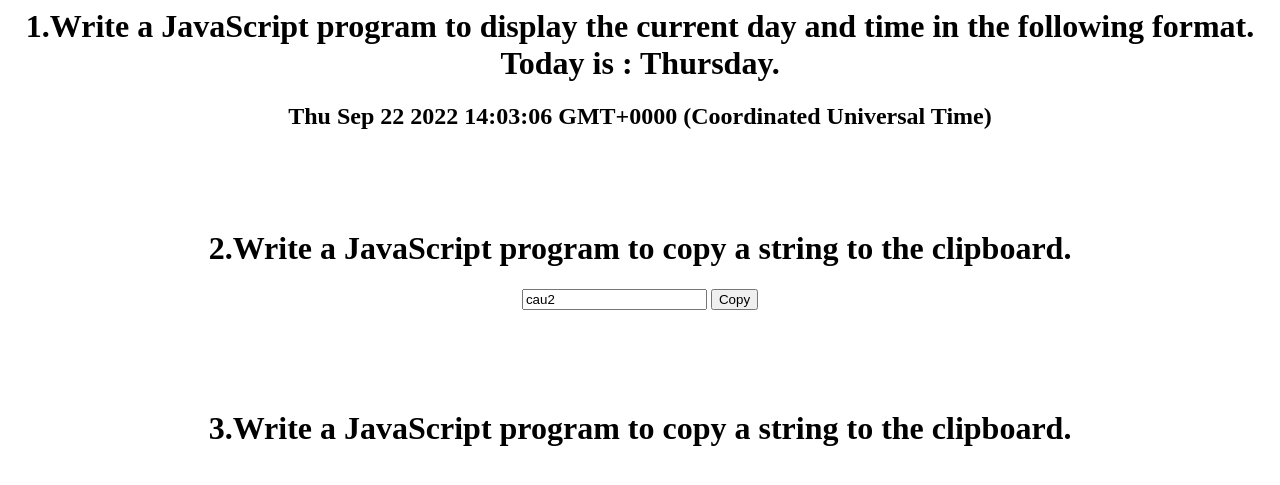
Repository: HoangDuy315/web-dev2022
Page: hw151022/ex1/ex1.html
An editor plug-in stored every save of this project. The page is shown before and after the next save, followed by the edit.
The browser window is 1280 px wide. The pictures show the whole page.

Above is the page before, as saved 2022-10-15 12:30:54.

### hw151022/ex1/ex1.html
<!--JavaScript to display current Date and Time.-->

<html>
  <head>
    <title>JavaScript to display current Date and Time.</title>
  </head>

  <script type="text/javascript">
    function getCurrentDate() {
      var curDate = new Date();

      document.getElementById("showDate").innerHTML = curDate.toString();
    }
  </script>

  <body onLoad="getCurrentDate()" style="text-align: center">
    <h1>
      1.Write a JavaScript program to display the current day and time in the
      following format. Today is : Thursday.
    </h1>

    <!--Here date and time will display-->

    <h2 id="showDate"></h2>
    <script src="./ex1.js"></script>
  </body>

  <!-- 2 -->
  <body style="text-align: center">
    <h1 style="margin-top: 100px">
      2.Write a JavaScript program to copy a string to the clipboard.
    </h1>
    <input type="text" value="cau2" id="testcau2" />
    <button onclick="cau2()">Copy</button>
    <script src="./ex1.js"></script>

    <!-- cau 3 -->
    <h1 style="margin-top: 100px">
      3.Write a JavaScript program to copy a string to the clipboard.
    </h1>
  </body>
</html>

### hw151022/ex1/ex1.js
// cau 2

function cau2() {
  alert("Copy success fully!");
}

// cau 3
function setCookie(cname, cvalue, exdays) {
  const d = new Date();
  d.setTime(d.getTime() + exdays * 24 * 60 * 60 * 1000);
  let expires = "expires=" + d.toUTCString();
  document.cookie = cname + "=" + cvalue + ";" + expires + ";path=/";
}

function getCookie(cname) {
  let name = cname + "=";
  let decodedCookie = decodeURIComponent(document.cookie);
  let ca = decodedCookie.split(";");
  for (let i = 0; i < ca.length; i++) {
    let c = ca[i];
    while (c.charAt(0) == " ") {
      c = c.substring(1);
    }
    if (c.indexOf(name) == 0) {
      return c.substring(name.length, c.length);
    }
  }
  return "";
}

function checkCookie() {
  let user = getCookie("username");
  if (user != "") {
    alert("Welcome again " + user);
  } else {
    user = prompt("Please enter your name:", "");
    if (user != "" && user != null) {
      setCookie("username", user, 30);
    }
  }
}

After the next save:
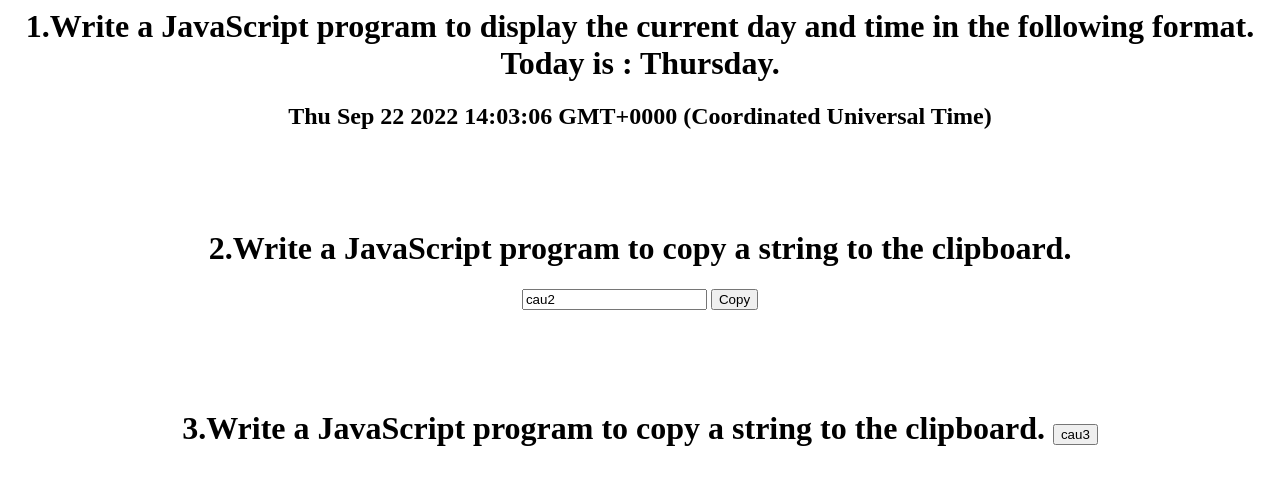
Saved 28 s later.
--- a/hw151022/ex1/ex1.html
+++ b/hw151022/ex1/ex1.html
@@ -37,6 +37,7 @@
     <!-- cau 3 -->
     <h1 style="margin-top: 100px">
       3.Write a JavaScript program to copy a string to the clipboard.
+      <button onload="checkCookie()">cau3</button>
     </h1>
   </body>
 </html>
